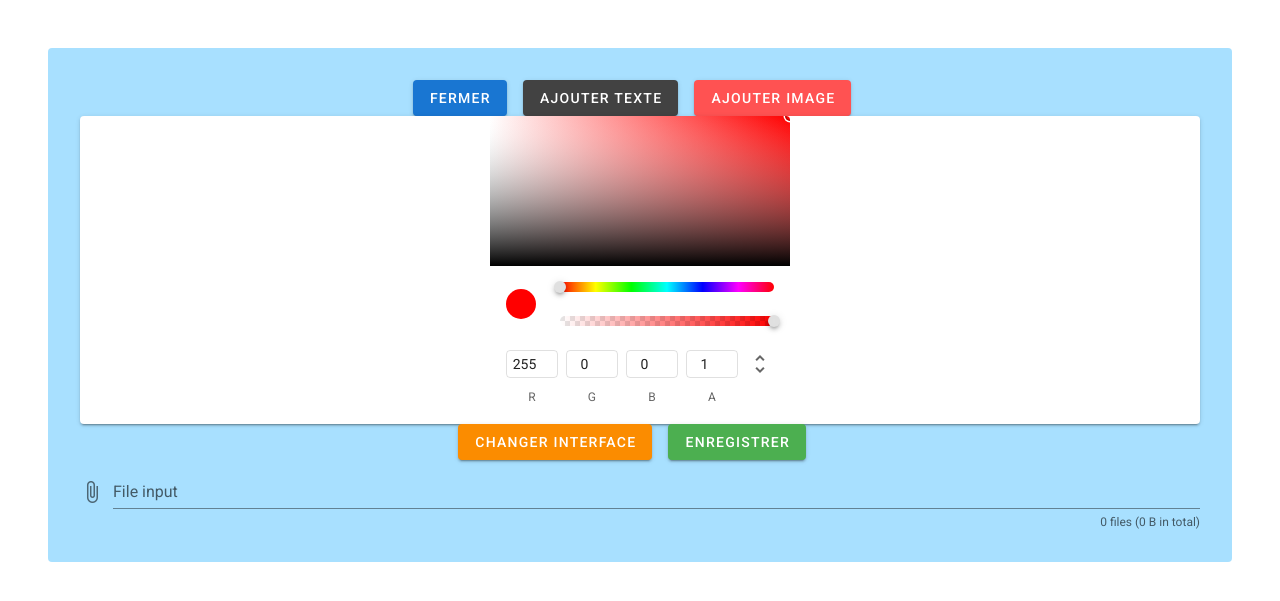
Repository: Hamagistral/BannerApp-Vue
Page: /#/dynamicPage
An editor plug-in stored every save of this project. The page is shown before and after the next save, followed by the edit.
The browser window is 1280 px wide. The pictures show the whole page.
The project was rebuilt for these pictures with package versions that can differ from the ones it lists, and the page was loaded fresh each time. Also part of the build but not shown: vue.config.js, src/components/WidgetText.vue, src/components/WidgetImage.vue, src/components/Home.vue.

Above is the page before, as saved 2023-02-07 01:42:55.

After the next save:
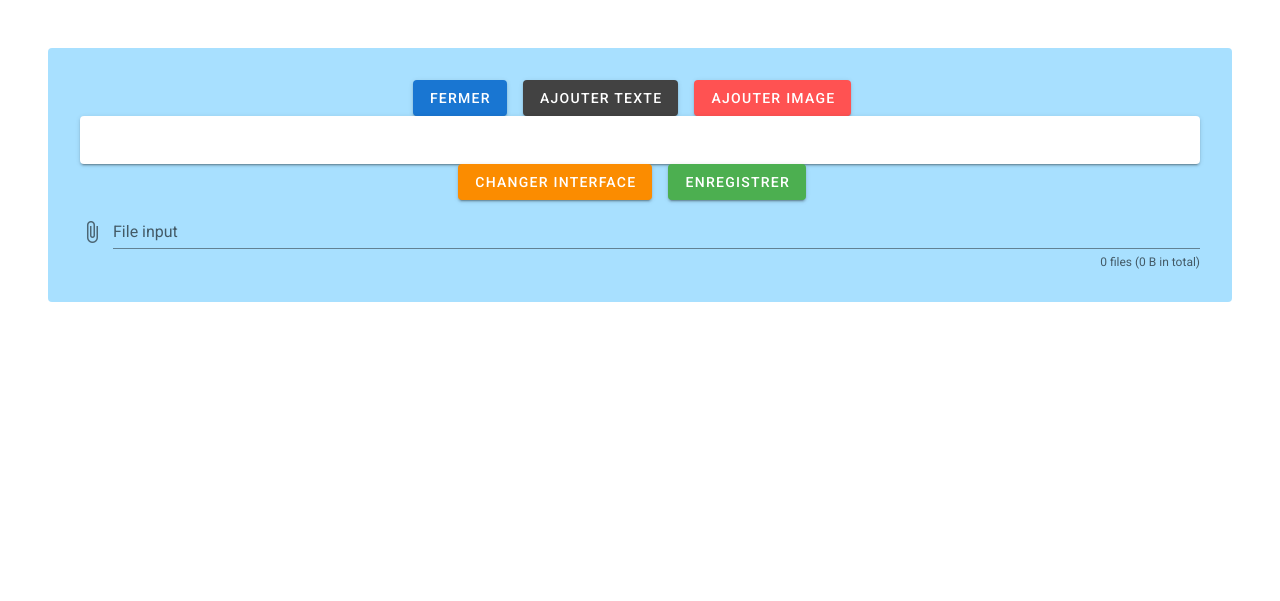
Saved 45 s later.
--- a/src/components/DynamicPage.vue
+++ b/src/components/DynamicPage.vue
@@ -14,11 +14,20 @@
           Ajouter Image
         </v-btn>
 
-        <v-card>
-					<v-card-text class="pa-0">
-						<v-color-picker v-model="color" flat />
-					</v-card-text>
-				</v-card>
+        <v-text-field v-model="color" v-mask="mask" hide-details class="ma-0 pa-0" solo>
+					<template v-slot:append>
+						<v-menu v-model="menu" top nudge-bottom="105" nudge-left="16" :close-on-content-click="false">
+							<template v-slot:activator="{ on }">
+								<div :style="swatchStyle" v-on="on" />
+							</template>
+							<v-card>
+								<v-card-text class="pa-0">
+									<v-color-picker v-model="color" flat />
+								</v-card-text>
+							</v-card>
+						</v-menu>
+					</template>
+				</v-text-field>
 
         <v-btn color="warning" class="mr-4">
           Changer Interface
